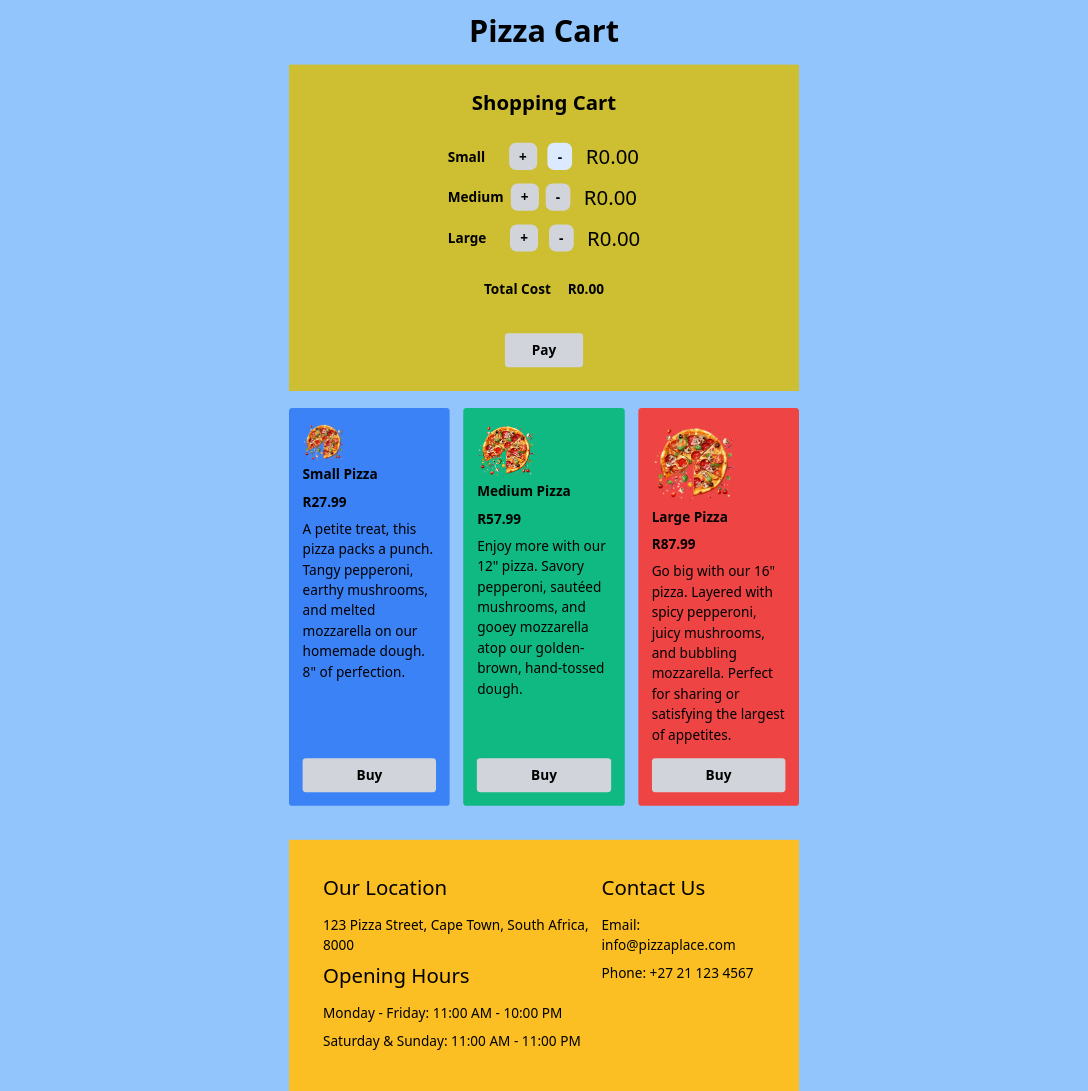
Repository: lasity34/pizza_cart
Page: index.html
The author's editor kept a copy of each file at every save. The page is drawn from the files as they stood at one save, then again after a run of saves.
The browser window is 1280 px wide. The pictures show the whole page, at 85% of full size.
Some web libraries are served in a nearby version.

Above is the page before, as saved 2023-07-11 15:36:25.
Console error: ReferenceError: Invalid left-hand side in assignment

### index.html
<!DOCTYPE html>
<html lang="en">
  <head>
    <meta charset="UTF-8" />
    <meta name="viewport" content="width=device-width, initial-scale=1.0" />
    <title>Pizza Cart</title>
    <script src="//unpkg.com/alpinejs" defer></script>
    <link
      href="https://cdn.jsdelivr.net/npm/tailwindcss@2.1.2/dist/tailwind.min.css"
      rel="stylesheet"
    />
    <link href="./style.css" rel="stylesheet" />
  </head>
  <body x-data="cart" class="bg-blue-300">
    <section class="flex justify-center items-center">
      <h1 class="text-4xl pt-4 font-bold">Pizza Cart</h1>
    </section>

    <section
      class="shop-container my-5 p-7 flex justify-center items-center flex-col"
    >
      <h2 class="text-2xl mb-2 font-bold">Shopping Cart</h2>
      <div class="mt-6 flex flex-col items-center">
        <div >
          <div class="flex items-center mb-4">
            <p class="font-bold mr-2">Small</p>
            <div class="ml-5">
              <button
                @click="increment('small')"
                class="bg-gray-300 hover:bg-gray-400 rounded-lg px-3 py-1 mr-2 font-bold"
              >
                +
              </button>
              <button
                @click="decrement('small')"
                class="bg-blue-100 hover:bg-gray-400 rounded-lg px-3 py-1 font-bold"
              >
                -
              </button>
            </div>
            <p class="ml-4 text-2xl">
              R<span x-text="(smallAmount * prices.small).toFixed(2)"
                >0.00</span
              >
            </p>
          </div>
          <div class="flex items-center mb-4">
            <p class="font-bold mr-2 text-red">Medium</p>
            <button
              @click="increment('medium')"
              class="bg-gray-300 hover:bg-gray-400 rounded-lg px-3 py-1 mr-2 font-bold"
            >
              +
            </button>
            <button
              @click="decrement('medium')"
              class="bg-gray-300 hover:bg-gray-400 rounded-lg px-3 py-1 font-bold"
            >
              -
            </button>
            <p class="ml-4 text-2xl">
              R<span x-text="(mediumAmount * prices.medium).toFixed(2)"
                >0.00</span
              >
            </p>
          </div>
          <div class="flex items-center mb-4">
            <p class="font-bold mr-2">Large</p>
            <div class="ml-5">
              <button
                @click="increment('large')"
                class="bg-gray-300 hover:bg-gray-400 rounded-lg px-3 py-1 mr-2 font-bold"
              >
                +
              </button>
              <button
                @click="decrement('large')"
                class="bg-gray-300 hover:bg-gray-400 rounded-lg px-3 py-1 font-bold"
              >
                -
              </button>
            </div>
            <p class="ml-4 text-2xl">
              R<span x-text="(largeAmount * prices.large).toFixed(2)"
                >0.00</span
              >
            </p>
          </div>
        </div>
        <div class="flex justify-center mt-4">
          <p class="font-bold">Total Cost</p>
          <p class="ml-5 font-bold">R<span x-text="total().toFixed(2)">0.00</span></p>
        </div>
        <div class="mt-4">
          <p class="text-red-600 font-bold" x-text="message"></p>
        </div>
        <div class="mt-4" x-show="total() =! 0" x-cloak>
          <label class="font-bold">Payment Amount:</label>
          <input placeholder="Enter payment here" type="number" step="0.01" class="rounded ml-2 py-2" x-model="paymentAmount" />
        </div>
        <div class="mt-6">
          <button
          x-cloak
          @click="paymentTotal()"
            class="bg-gray-300 hover:bg-gray-400 py-2 px-8 rounded font-bold"
          >
            <span x-text="total() === 0 ? 'Pay' : 'Checkout'"></span>
          </button>
        </div>
      </div>
    </section>

    <section class="pizza_columns">
      <div class="flex justify-around gap-4 max-w-screen-sm mx-auto">
        <div
          class="pizza_sm bg-blue-500 rounded p-4 w-64 flex flex-col justify-between text-black"
        >
          <div>
            <img src="./pizza.png" width="50" />
            <h3 class="mb-2 font-bold">Small Pizza</h3>
            <h3 class="mb-2 font-bold">R27.99</h3>
            <p class="mb-4">
              A petite treat, this pizza packs a punch. Tangy pepperoni, earthy
              mushrooms, and melted mozzarella on our homemade dough. 8" of
              perfection.
            </p>
          </div>
          <button
            @click="smallAdded = true; increment('small'); showModal = true; (smallAmount * prices.small).toFixed(2);"
            class="bg-gray-300 hover:bg-gray-400 transition-colors duration-300 py-2 px-4 rounded font-bold"
          >
            Buy
          </button>
        </div>
        <div
          class="pizza_md bg-green-500 rounded p-4 w-64 flex flex-col justify-between text-black"
        >
          <div>
            <img src="./pizza.png" width="70" />
            <h3 class="mb-2 font-bold">Medium Pizza</h3>
            <h3 class="mb-2 font-bold">R57.99</h3>
            <p class="mb-4">
              Enjoy more with our 12" pizza. Savory pepperoni, sautéed
              mushrooms, and gooey mozzarella atop our golden-brown, hand-tossed
              dough.
            </p>
          </div>
          <button
            @click=" mediumAdded = true; increment('medium'); showModal = true; (mediumAmount * prices.medium).toFixed(2); "
            :disabled="mediumAdded"
            class="bg-gray-300 hover:bg-gray-400 transition-colors duration-300 py-2 px-4 rounded font-bold"
          >
            Buy
          </button>
        </div>
        <div
          class="pizza_lg bg-red-500 rounded p-4 w-64 flex flex-col justify-between text-black"
        >
          <div>
            <img src="./pizza.png" width="100" />
            <h3 class="mb-2 font-bold">Large Pizza</h3>
            <h3 class="mb-2 font-bold">R87.99</h3>
            <p class="mb-4">
              Go big with our 16" pizza. Layered with spicy pepperoni, juicy
              mushrooms, and bubbling mozzarella. Perfect for sharing or
              satisfying the largest of appetites.
            </p>
          </div>
          <button
          @click=" largeAdded = true; increment('large'); showModal = true; (largeAmount * prices.large).toFixed(2);"

            class="bg-gray-300 hover:bg-gray-400 transition-colors duration-300 py-2 px-4 rounded font-bold"
          >
            Buy
          </button>
        </div>
      </div>

      <footer class="bg-yellow-400 text-black mt-10 p-10">
        <div class="container mx-auto flex justify-between">
          <div>
            <h2 class="text-2xl mb-4">Our Location</h2>
            <p class="mb-2">123 Pizza Street, Cape Town, South Africa, 8000</p>

            <h2 class="text-2xl mb-4">Opening Hours</h2>
            <p class="mb-2">Monday - Friday: 11:00 AM - 10:00 PM</p>
            <p class="mb-2">Saturday & Sunday: 11:00 AM - 11:00 PM</p>
          </div>
          <div>
            <h2 class="text-2xl mb-4">Contact Us</h2>
            <p class="mb-2">Email: info@pizzaplace.com</p>
            <p class="mb-2">Phone: +27 21 123 4567</p>
          </div>
        </div>
      </footer>
    </section>
    <div
  x-data="{ showModal: false }"
  :class="{ 'fixed z-10 inset-0 overflow-y-auto': showModal }"
  style="display: none;"
  x-show="showModal"
  aria-labelledby="modal-title"
  role="dialog"
  aria-modal="true">
  <div class="flex items-end justify-center min-h-screen pt-4 px-4 pb-20 text-center sm:block sm:p-0">
    <div class="fixed inset-0 bg-gray-500 bg-opacity-75 transition-opacity" aria-hidden="true"></div>

    <span class="hidden sm:inline-block sm:align-middle sm:h-screen" aria-hidden="true">&#8203;</span>

    <div class="inline-block align-bottom bg-white rounded-lg text-left overflow-hidden shadow-xl transform transition-all sm:my-8 sm:align-middle sm:max-w-lg sm:w-full">
      <div class="bg-white px-4 pt-5 pb-4 sm:p-6 sm:pb-4">
        <div class="sm:flex sm:items-start">
          <div class="mt-3 text-center sm:mt-0 sm:ml-4 sm:text-left">
            <h3 class="text-lg leading-6 font-medium text-gray-900" id="modal-title">
              Pizza Added to Cart
            </h3>
            <div class="mt-2">
              <p class="text-sm text-gray-500">
                You just added a pizza to your cart!
              </p>
            </div>
          </div>
        </div>
      </div>
      <div class="bg-gray-50 px-4 py-3 sm:px-6 sm:flex sm:flex-row-reverse">
        <button
          @click="showModal = false"
          type="button"
          class="mt-3 w-full inline-flex justify-center rounded-md border border-gray-300 shadow-sm px-4 py-2 bg-white text-base font-medium text-gray-700 hover:bg-gray-50 sm:mt-0 sm:ml-3 sm:w-auto sm:text-sm">
          Close
        </button>
      </div>
    </div>
  </div>
</div>

    <script src="./pizza.js"></script>
  </body>
</html>

### style.css

body {
    max-width: 600px;
    margin: 0 auto;
}

.shop-container {
    background-color: rgb(205, 190, 50);
}

input::-webkit-outer-spin-button,
input::-webkit-inner-spin-button {
  -webkit-appearance: none;
  margin: 0;
}

input[type="number"] {
  -moz-appearance: textfield;
 text-indent: 10px;
}

[x-cloak] { display: none; }

### pizza.js
function cart() {
  return {
    smallAmount: 0,
    mediumAmount: 0,
    largeAmount: 0,
    paymentAmount: 0,
    message: "",
    payMessage: "",
    smallAdded: false,
    mediumAdded: false,
    largeAdded: false,
    prices: {
      small: 27.99,
      medium: 57.99,
      large: 87.99,
    },
    increment(size) {
      if (size === "small" && this.smallAdded) this.smallAmount++;
      else if (size === "medium" && this.mediumAdded) this.mediumAmount++;
      else if (size === "large" && this.largeAdded) this.largeAmount++;
    },
    decrement(size) {
      if(size === 'small' && this.smallAmount > 0 && this.smallAdded) {
        this.smallAmount--;
        if(this.smallAmount === 0) this.smallAdded = false;
      }
      if(size === 'medium' && this.mediumAmount > 0 && this.mediumAdded) {
        this.mediumAmount--;
        if(this.mediumAmount === 0) this.mediumAdded = false;
      }
      if(size === 'large' && this.largeAmount > 0 && this.largeAdded) {
        this.largeAmount--;
        if(this.largeAmount === 0) this.largeAdded = false;
      }
    },

    total() {
      return (
        this.smallAmount * this.prices.small +
        this.mediumAmount * this.prices.medium +
        this.largeAmount * this.prices.large
      );
    },
    paymentTotal() {
      if (this.paymentAmount < this.total()) {
        this.message = `R${(this.total() - this.paymentAmount).toFixed(2)} is needed`;
        setTimeout(() => {
          this.message = "";
        }, 2000);
      } else if (this.paymentAmount > this.total()) {
        this.message = `There is R${(this.paymentAmount - this.total()).toFixed(2)} too much`;
        setTimeout(() => {
          this.message = "";
        }, 2000);
      } else {
        this.message = "Enjoy your pizzas";
        setTimeout(() => {
          this.message = "";
        }, 2000);
      }
    }

  };
}

document.addEventListener("alpine:init", () => {
  Alpine.data("cart", cart);
});

After the next 2 saves:
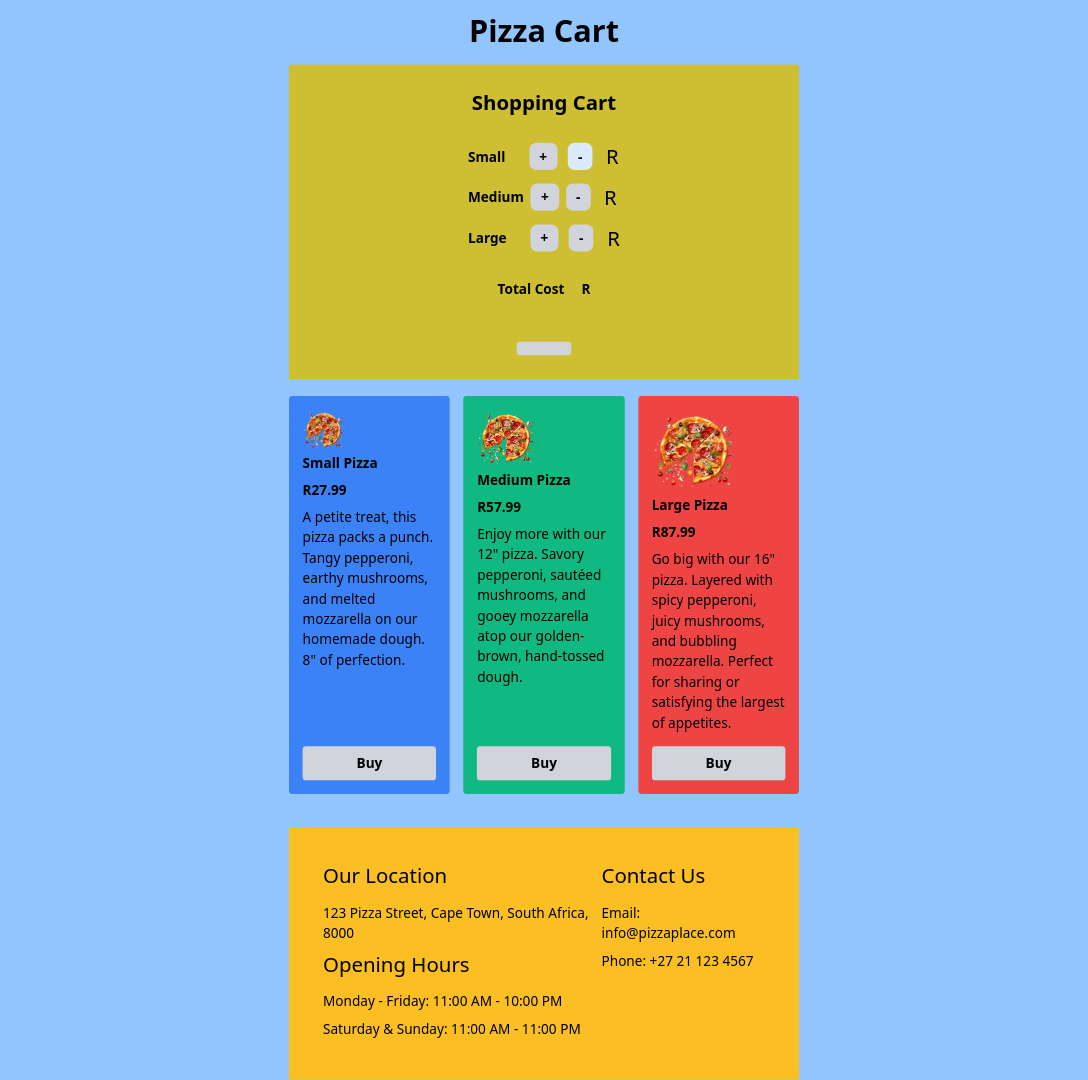
Console error: ReferenceError: smallAmount is not defined
The 2 saves are shown as one change because they came seconds apart.
The last was saved 7 min 27 s later.
--- a/index.html
+++ b/index.html
@@ -11,7 +11,7 @@
     />
     <link href="./style.css" rel="stylesheet" />
   </head>
-  <body x-data="cart" class="bg-blue-300">
+  <body x-data="{...cart, showModal: false}" class="bg-blue-300">
     <section class="flex justify-center items-center">
       <h1 class="text-4xl pt-4 font-bold">Pizza Cart</h1>
     </section>
